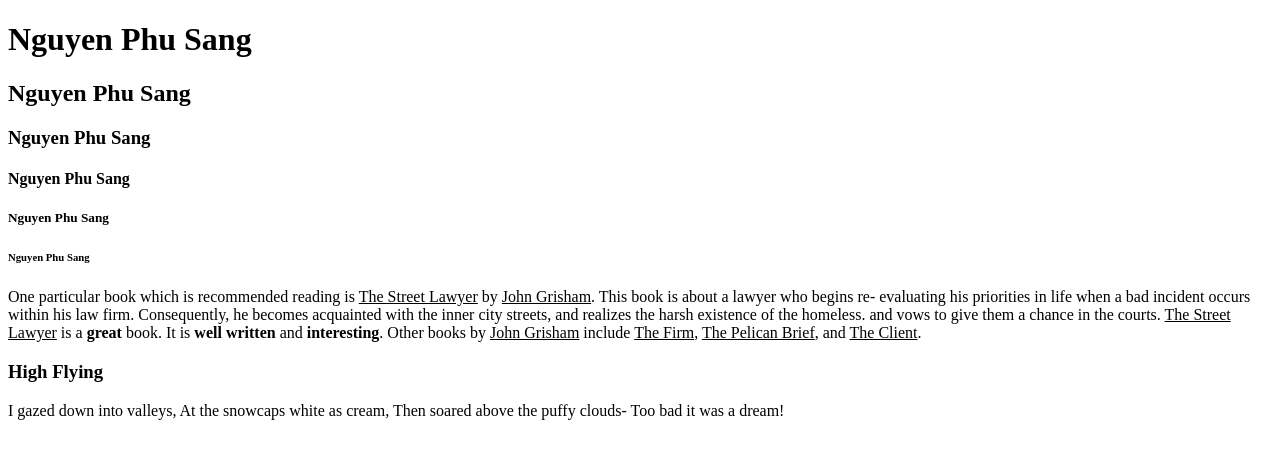
Repository: NguyenPhuSang21023391/HTCNWeb_T1-2
Page: TH_Tuan01/html/Tuan1.html
The author's editor kept a copy of each file at every save. The page is drawn from the files as they stood at one save, then again after the next save.
The browser window is 1280 px wide. The pictures show the whole page.

Above is the page before, as saved 2023-02-18 00:13:46.

### TH_Tuan01/html/Tuan1.html
<!DOCTYPE html>
<html lang="en">
  <head>
    <meta charset="UTF-8" />
    <meta http-equiv="X-UA-Compatible" content="IE=edge" />
    <meta name="viewport" content="width=device-width, initial-scale=1.0" />
    <title>THỰC HÀNH TUẦN 1</title>
  </head>
  <body>
    <h1>Nguyen Phu Sang</h1>
    <h2>Nguyen Phu Sang</h2>
    <h3>Nguyen Phu Sang</h3>
    <h4>Nguyen Phu Sang</h4>
    <h5>Nguyen Phu Sang</h5>
    <h6>Nguyen Phu Sang</h6>

    <p>
      One particular book which is recommended reading is
      <u>The Street Lawyer</u> by <u>John Grisham</u>. This book is about a
      lawyer who begins re- evaluating his priorities in life when a bad
      incident occurs within his law firm. Consequently, he becomes acquainted
      with the inner city streets, and realizes the harsh existence of the
      homeless. and vows to give them a chance in the courts.
      <u>The Street Lawyer</u> is a <b>great</b> book. It is
      <b>well written</b> and <b>interesting</b>. Other books by
      <u>John Grisham</u> include <u>The Firm</u>, <u>The Pelican Brief</u>, and
      <u>The Client</u>.
    </p>

    <h3>High Flying</h3>
    <p style="text-align: left">
      I gazed down into valleys, At the snowcaps white as cream, Then soared
      above the puffy clouds- Too bad it was a dream!
    </p>
  </body>
</html>

After the next save:
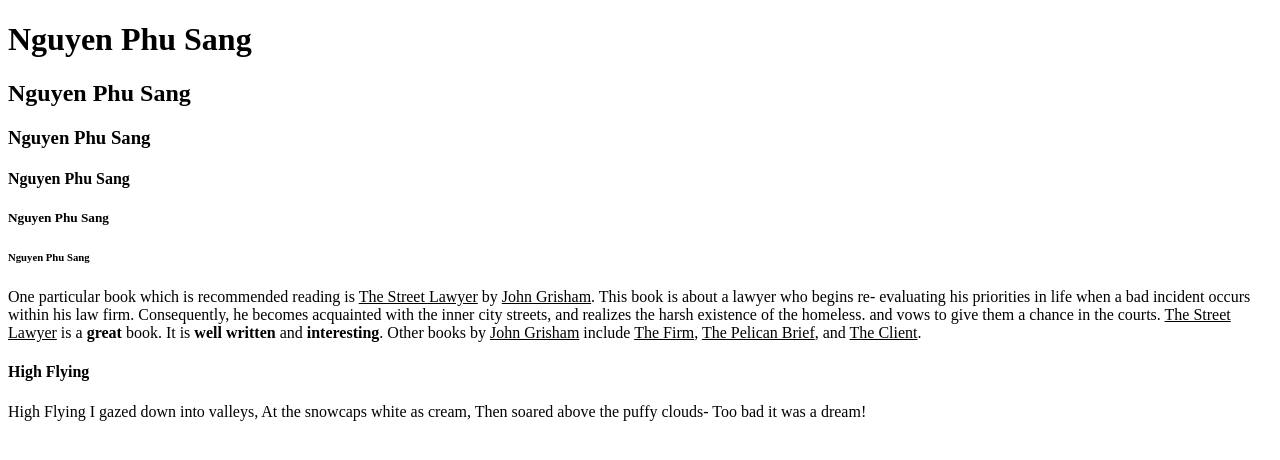
Saved 9 min 1 s later.
--- a/TH_Tuan01/html/Tuan1.html
+++ b/TH_Tuan01/html/Tuan1.html
@@ -27,10 +27,10 @@
       <u>The Client</u>.
     </p>
 
-    <h3>High Flying</h3>
+    <h4>High Flying</h4>
     <p style="text-align: left">
-      I gazed down into valleys, At the snowcaps white as cream, Then soared
-      above the puffy clouds- Too bad it was a dream!
+      High Flying I gazed down into valleys, At the snowcaps white as cream,
+      Then soared above the puffy clouds- Too bad it was a dream!
     </p>
   </body>
 </html>
